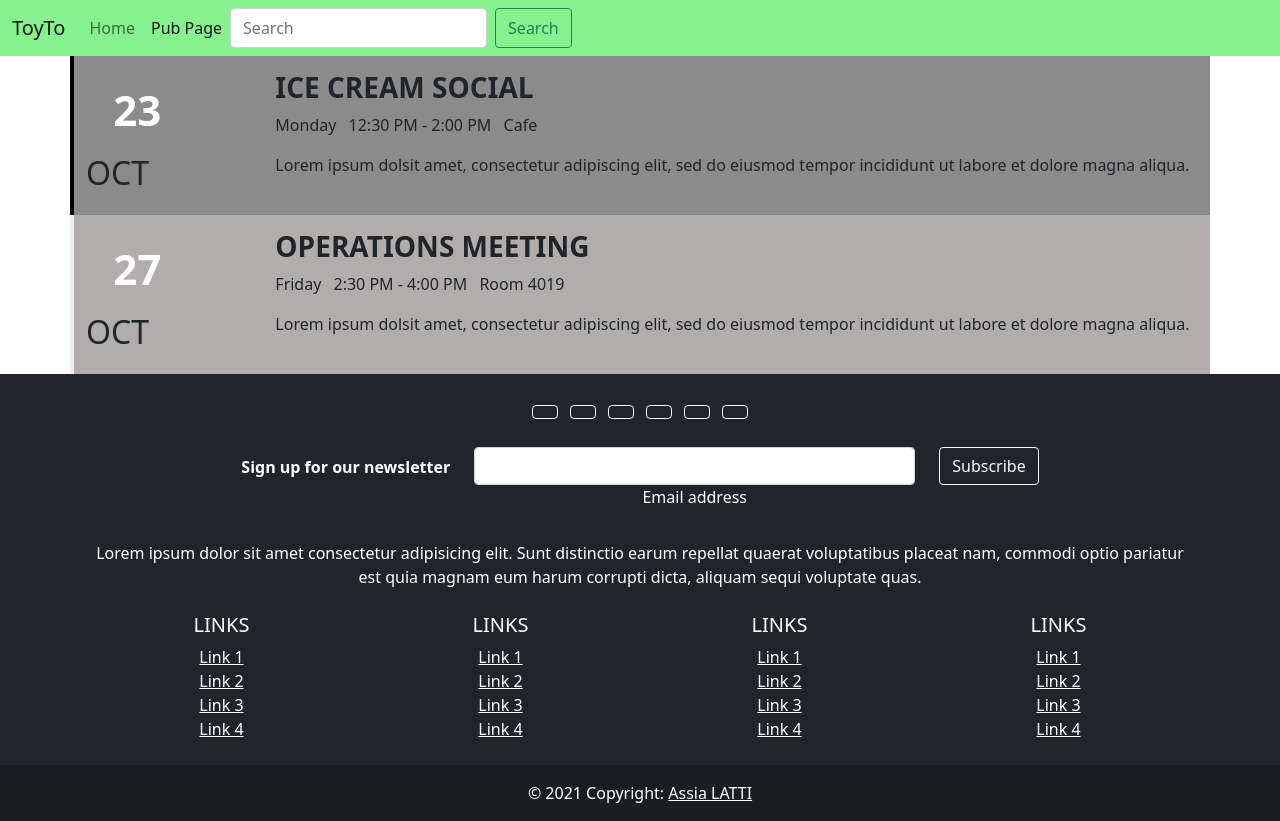
Repository: Omistusama/association
Page: pubpage.html
The author's editor kept a copy of each file at every save. The page is drawn from the files as they stood at one save, then again after the next save.
The browser window is 1280 px wide. The pictures show the whole page.
Some web libraries are served in a nearby version.

Above is the page before, as saved 2021-02-26 11:34:34.

### pubpage.html
<!DOCTYPE html>
<!--
    Page web créé dans le cadre de l'évaluation du 23/02/2021
    Auteur : Assia LATTI
    Email : lattiassia@gmail.com
-->
<html lang="fr">
    <head><meta charset="UTF-8">
        <meta charset="UTF-8"><meta name="author" content="Assia LATTI">
        <meta name="description" content="Découvrez en quoi vos anciens jouets ont été transformés !">
        <meta name="viewport" content="width=device-width, initial-scale=1.0">
        <link href="https://cdn.jsdelivr.net/npm/bootstrap@5.0.0-beta2/dist/css/bootstrap.min.css" rel="stylesheet" integrity="sha384-BmbxuPwQa2lc/FVzBcNJ7UAyJxM6wuqIj61tLrc4wSX0szH/Ev+nYRRuWlolflfl" crossorigin="anonymous">
        <script src="https://cdn.jsdelivr.net/npm/bootstrap@5.0.0-beta2/dist/js/bootstrap.bundle.min.js" integrity="sha384-b5kHyXgcpbZJO/tY9Ul7kGkf1S0CWuKcCD38l8YkeH8z8QjE0GmW1gYU5S9FOnJ0" crossorigin="anonymous"></script>
        <script src="https://cdn.jsdelivr.net/npm/@popperjs/core@2.6.0/dist/umd/popper.min.js" integrity="sha384-KsvD1yqQ1/1+IA7gi3P0tyJcT3vR+NdBTt13hSJ2lnve8agRGXTTyNaBYmCR/Nwi" crossorigin="anonymous"></script>
        <script src="https://cdn.jsdelivr.net/npm/bootstrap@5.0.0-beta2/dist/js/bootstrap.min.js" integrity="sha384-nsg8ua9HAw1y0W1btsyWgBklPnCUAFLuTMS2G72MMONqmOymq585AcH49TLBQObG" crossorigin="anonymous"></script>
        <link href="pubpagestyles.css" rel="stylesheet" >
        <title>ToyTo - Quand vos Jouets se transforment </title>
    </head>
  <body>
        <header>
            <nav class="navbar navbar-expand-lg navbar-light " style="background-color: #86f18f;">
                <div class="container-fluid">
                  <a class="navbar-brand" href="#">ToyTo</a>
                  <button class="navbar-toggler" type="button" data-bs-toggle="collapse" data-bs-target="#navbarSupportedContent" aria-controls="navbarSupportedContent" aria-expanded="false" aria-label="Toggle navigation">
                    <span class="navbar-toggler-icon"></span>
                  </button>
                  <div class="collapse navbar-collapse" id="navbarSupportedContent">
                    <ul class="navbar-nav me-auto mb-2 mb-lg-0">
                      <li class="nav-item">
                        <a class="nav-link" aria-current="page" href="#">Home</a>
                      </li>
                      <li class="nav-item">
                        <a class="nav-link active" href="#">Pub Page</a>
                      </li>
                    <form class="d-flex">
                      <input class="form-control me-2" type="search" placeholder="Search" aria-label="Search">
                      <button class="btn btn-outline-success" type="submit">Search</button>
                    </form>
                  </div>
                </div>
              </nav>
        </header>
        <div class="container">
            <div class="row row-striped">
                <div class="col-2 text-right">
                    <h1 class="display-4"><span class="badge badge-secondary">23</span></h1>
                    <h2>OCT</h2>
                </div>
                <div class="col-10">
                    <h3 class="text-uppercase"><strong>Ice Cream Social</strong></h3>
                    <ul class="list-inline">
                        <li class="list-inline-item"><i class="fa fa-calendar-o" aria-hidden="true"></i> Monday</li>
                        <li class="list-inline-item"><i class="fa fa-clock-o" aria-hidden="true"></i> 12:30 PM - 2:00 PM</li>
                        <li class="list-inline-item"><i class="fa fa-location-arrow" aria-hidden="true"></i> Cafe</li>
                    </ul>
                    <p>Lorem ipsum dolsit amet, consectetur adipiscing elit, sed do eiusmod tempor incididunt ut labore et dolore magna aliqua.</p>
                </div>
            </div>
            <div class="row row-striped">
                <div class="col-2 text-right">
                    <h1 class="display-4"><span class="badge badge-secondary text-black">27</span></h1>
                    <h2>OCT</h2>
                </div>
                <div class="col-10">
                    <h3 class="text-uppercase"><strong>Operations Meeting</strong></h3>
                    <ul class="list-inline">
                        <li class="list-inline-item"><i class="fa fa-calendar-o" aria-hidden="true"></i> Friday</li>
                        <li class="list-inline-item"><i class="fa fa-clock-o" aria-hidden="true"></i> 2:30 PM - 4:00 PM</li>
                        <li class="list-inline-item"><i class="fa fa-location-arrow" aria-hidden="true"></i> Room 4019</li>
                    </ul>
                    <p>Lorem ipsum dolsit amet, consectetur adipiscing elit, sed do eiusmod tempor incididunt ut labore et dolore magna aliqua.</p>
                </div>
            </div>
        </div>
        <!-- Footer -->
        <footer class="bg-dark text-center text-white">
            <!-- Grid container -->
            <div class="container p-4">
            <!-- Section: Social media -->
            <section class="mb-4">
                <!-- Facebook -->
                <a class="btn btn-outline-light btn-floating m-1" href="#!" role="button"><i class="fab fa-facebook-f"></i></a>

                <!-- Twitter -->
                <a class="btn btn-outline-light btn-floating m-1" href="#!" role="button"
                ><i class="fab fa-twitter"></i
                ></a>

                <!-- Google -->
                <a class="btn btn-outline-light btn-floating m-1" href="#!" role="button"
                ><i class="fab fa-google"></i
                ></a>

                <!-- Instagram -->
                <a class="btn btn-outline-light btn-floating m-1" href="#!" role="button"
                ><i class="fab fa-instagram"></i
                ></a>

                <!-- Linkedin -->
                <a class="btn btn-outline-light btn-floating m-1" href="#!" role="button"
                ><i class="fab fa-linkedin-in"></i
                ></a>

                <!-- Github -->
                <a class="btn btn-outline-light btn-floating m-1" href="#!" role="button"
                ><i class="fab fa-github"></i
                ></a>
            </section>
            <!-- Section: Social media -->

            <!-- Section: Form -->
            <section class="">
                <form action="">
                <!--Grid row-->
                <div class="row d-flex justify-content-center">
                    <!--Grid column-->
                    <div class="col-auto">
                    <p class="pt-2">
                        <strong>Sign up for our newsletter</strong>
                    </p>
                    </div>
                    <!--Grid column-->

                    <!--Grid column-->
                    <div class="col-md-5 col-12">
                    <!-- Email input -->
                    <div class="form-outline form-white mb-4">
                        <input type="email" id="form5Example2" class="form-control" />
                        <label class="form-label" for="form5Example2">Email address</label>
                    </div>
                    </div>
                    <!--Grid column-->

                    <!--Grid column-->
                    <div class="col-auto">
                    <!-- Submit button -->
                    <button type="submit" class="btn btn-outline-light mb-4">
                        Subscribe
                    </button>
                    </div>
                    <!--Grid column-->
                </div>
                <!--Grid row-->
                </form>
            </section>
            <!-- Section: Form -->

            <!-- Section: Text -->
            <section class="mb-4">
                <p>
                Lorem ipsum dolor sit amet consectetur adipisicing elit. Sunt distinctio earum
                repellat quaerat voluptatibus placeat nam, commodi optio pariatur est quia magnam
                eum harum corrupti dicta, aliquam sequi voluptate quas.
                </p>
            </section>
            <!-- Section: Text -->

            <!-- Section: Links -->
            <section class="">
                <!--Grid row-->
                <div class="row">
                <!--Grid column-->
                <div class="col-lg-3 col-md-6 mb-4 mb-md-0">
                    <h5 class="text-uppercase">Links</h5>

                    <ul class="list-unstyled mb-0">
                    <li>
                        <a href="#!" class="text-white">Link 1</a>
                    </li>
                    <li>
                        <a href="#!" class="text-white">Link 2</a>
                    </li>
                    <li>
                        <a href="#!" class="text-white">Link 3</a>
                    </li>
                    <li>
                        <a href="#!" class="text-white">Link 4</a>
                    </li>
                    </ul>
                </div>
                <!--Grid column-->

                <!--Grid column-->
                <div class="col-lg-3 col-md-6 mb-4 mb-md-0">
                    <h5 class="text-uppercase">Links</h5>

                    <ul class="list-unstyled mb-0">
                    <li>
                        <a href="#!" class="text-white">Link 1</a>
                    </li>
                    <li>
                        <a href="#!" class="text-white">Link 2</a>
                    </li>
                    <li>
                        <a href="#!" class="text-white">Link 3</a>
                    </li>
                    <li>
                        <a href="#!" class="text-white">Link 4</a>
                    </li>
                    </ul>
                </div>
                <!--Grid column-->

                <!--Grid column-->
                <div class="col-lg-3 col-md-6 mb-4 mb-md-0">
                    <h5 class="text-uppercase">Links</h5>

                    <ul class="list-unstyled mb-0">
                    <li>
                        <a href="#!" class="text-white">Link 1</a>
                    </li>
                    <li>
                        <a href="#!" class="text-white">Link 2</a>
                    </li>
                    <li>
                        <a href="#!" class="text-white">Link 3</a>
                    </li>
                    <li>
                        <a href="#!" class="text-white">Link 4</a>
                    </li>
                    </ul>
                </div>
                <!--Grid column-->

                <!--Grid column-->
                <div class="col-lg-3 col-md-6 mb-4 mb-md-0">
                    <h5 class="text-uppercase">Links</h5>

                    <ul class="list-unstyled mb-0">
                    <li>
                        <a href="#!" class="text-white">Link 1</a>
                    </li>
                    <li>
                        <a href="#!" class="text-white">Link 2</a>
                    </li>
                    <li>
                        <a href="#!" class="text-white">Link 3</a>
                    </li>
                    <li>
                        <a href="#!" class="text-white">Link 4</a>
                    </li>
                    </ul>
                </div>
                <!--Grid column-->
                </div>
                <!--Grid row-->
            </section>
            <!-- Section: Links -->
            </div>
            <!-- Grid container -->

            <!-- Copyright -->
            <div class="text-center p-3" style="background-color: rgba(0, 0, 0, 0.2);">
            © 2021 Copyright:
            <a class="text-white" href="">Assia LATTI</a>
            </div>
            <!-- Copyright -->
        </footer>
        <!-- Footer -->
    </body>
</html>

### pubpagestyles.css
.row-striped:nth-of-type(odd){
    background-color: #8b8b8b;
    border-left: 4px #000000 solid;
  }

  .row-striped:nth-of-type(even){
    background-color: #b1adad;
    border-left: 4px #efefef solid;
  }

  .row-striped {
      padding: 15px 0;
  }

After the next save:
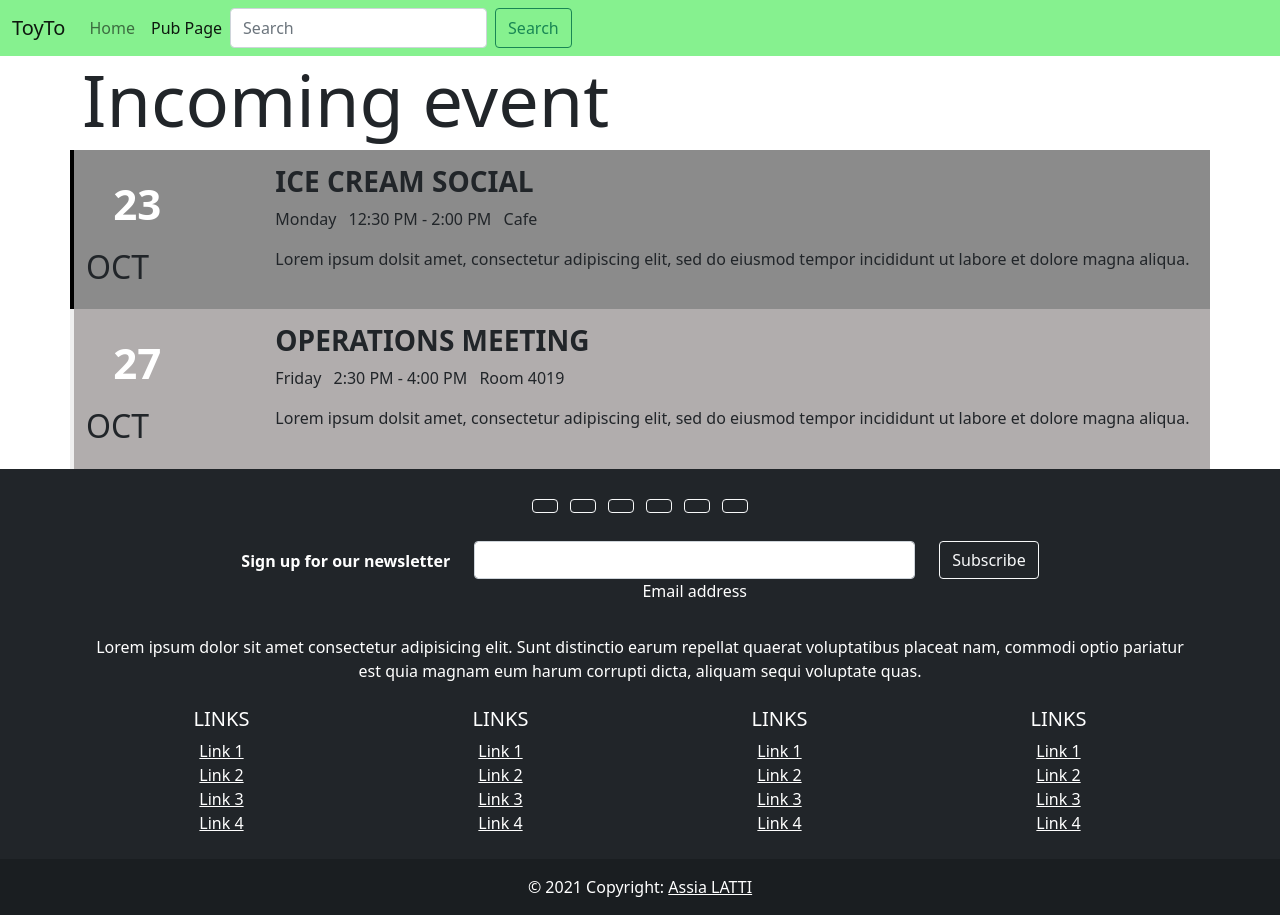
Saved 2 h 13 min later.
--- a/pubpage.html
+++ b/pubpage.html
@@ -41,6 +41,7 @@
               </nav>
         </header>
         <div class="container">
+            <h1 class="display-2">Incoming event</h1>
             <div class="row row-striped">
                 <div class="col-2 text-right">
                     <h1 class="display-4"><span class="badge badge-secondary">23</span></h1>
